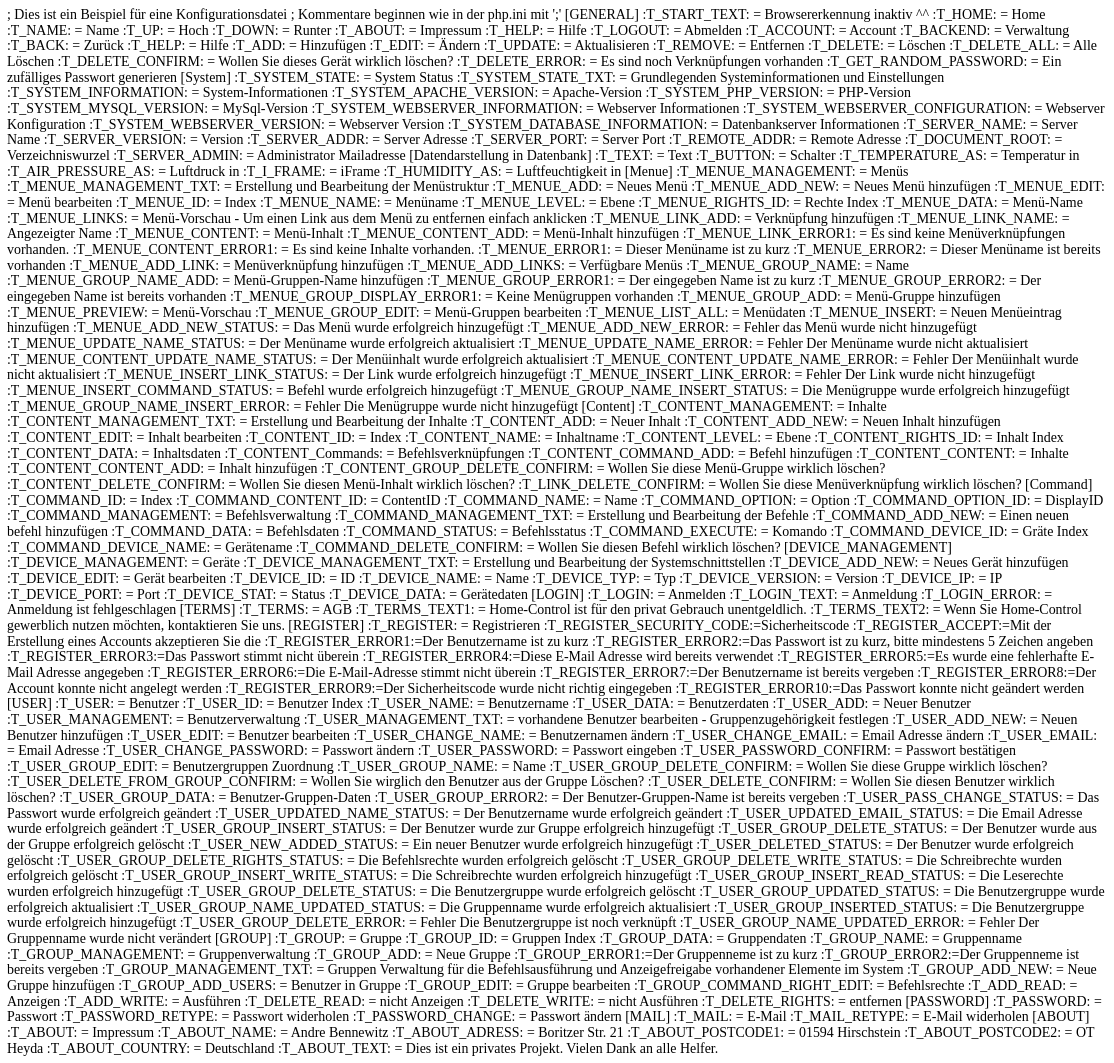
Repository: 0xF3ERROR/Home-Control
Page: http://localhost/language/lang_Ger.php
The author's editor kept a copy of each file at every save. The page is drawn from the files as they stood at one save, then again after the next save.
The browser window is 1280 px wide. The pictures show the whole page, at 87% of full size.
The page is run by PHP 8.4 with error messages shown; the project is at /var/www/html/.

Above is the page before, as saved 2012-09-17 20:48:13.

After the next save:
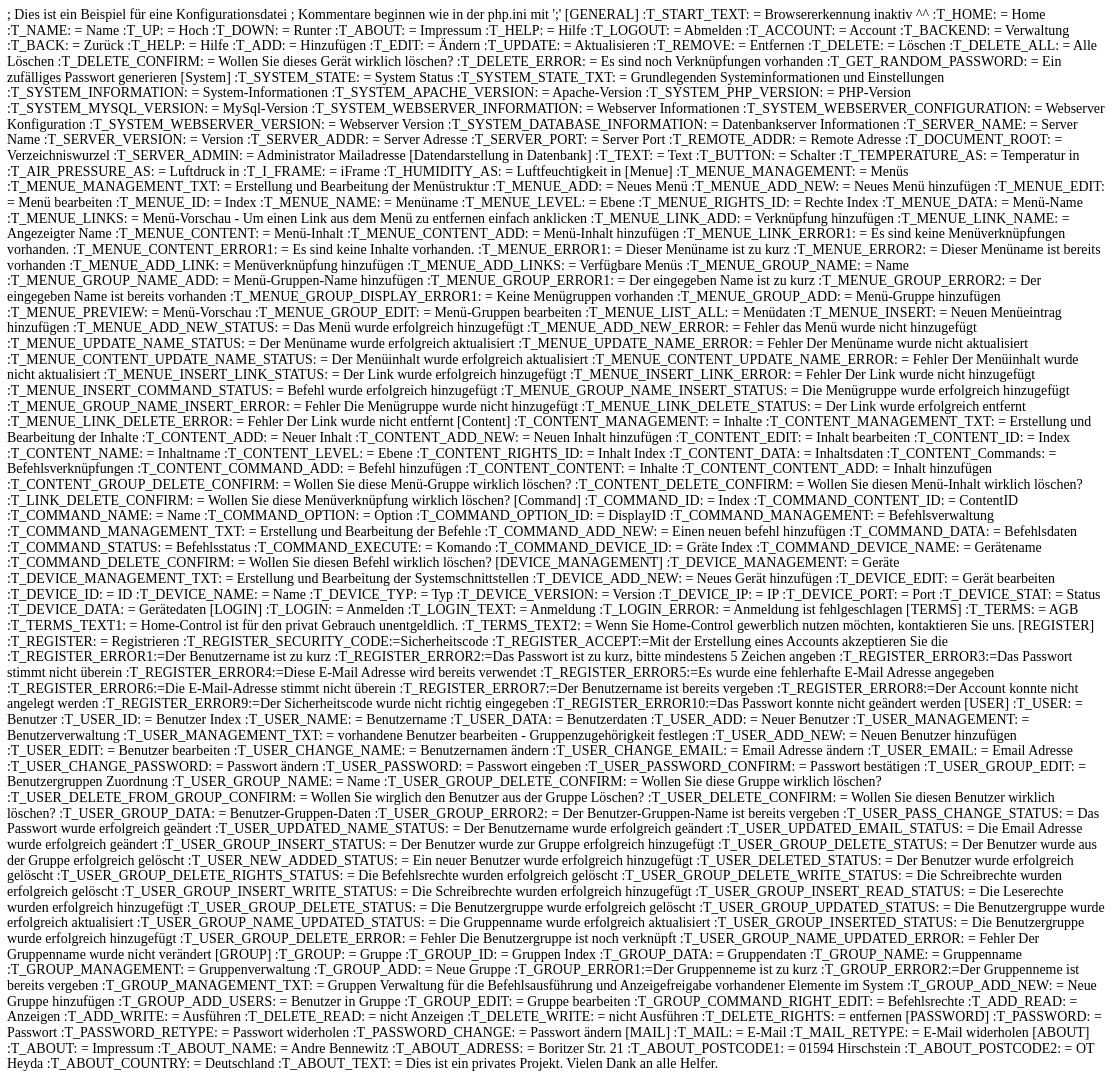
Saved 42 s later.
--- a/Source/language/lang_Ger.php
+++ b/Source/language/lang_Ger.php
@@ -102,7 +102,8 @@
 :T_MENUE_INSERT_COMMAND_STATUS: = Befehl wurde erfolgreich hinzugefügt
 :T_MENUE_GROUP_NAME_INSERT_STATUS: = Die Menügruppe wurde erfolgreich hinzugefügt
 :T_MENUE_GROUP_NAME_INSERT_ERROR: = Fehler Die Menügruppe wurde nicht hinzugefügt
-
+:T_MENUE_LINK_DELETE_STATUS: = Der Link wurde erfolgreich entfernt
+:T_MENUE_LINK_DELETE_ERROR: = Fehler Der Link wurde nicht entfernt
 
 
 
